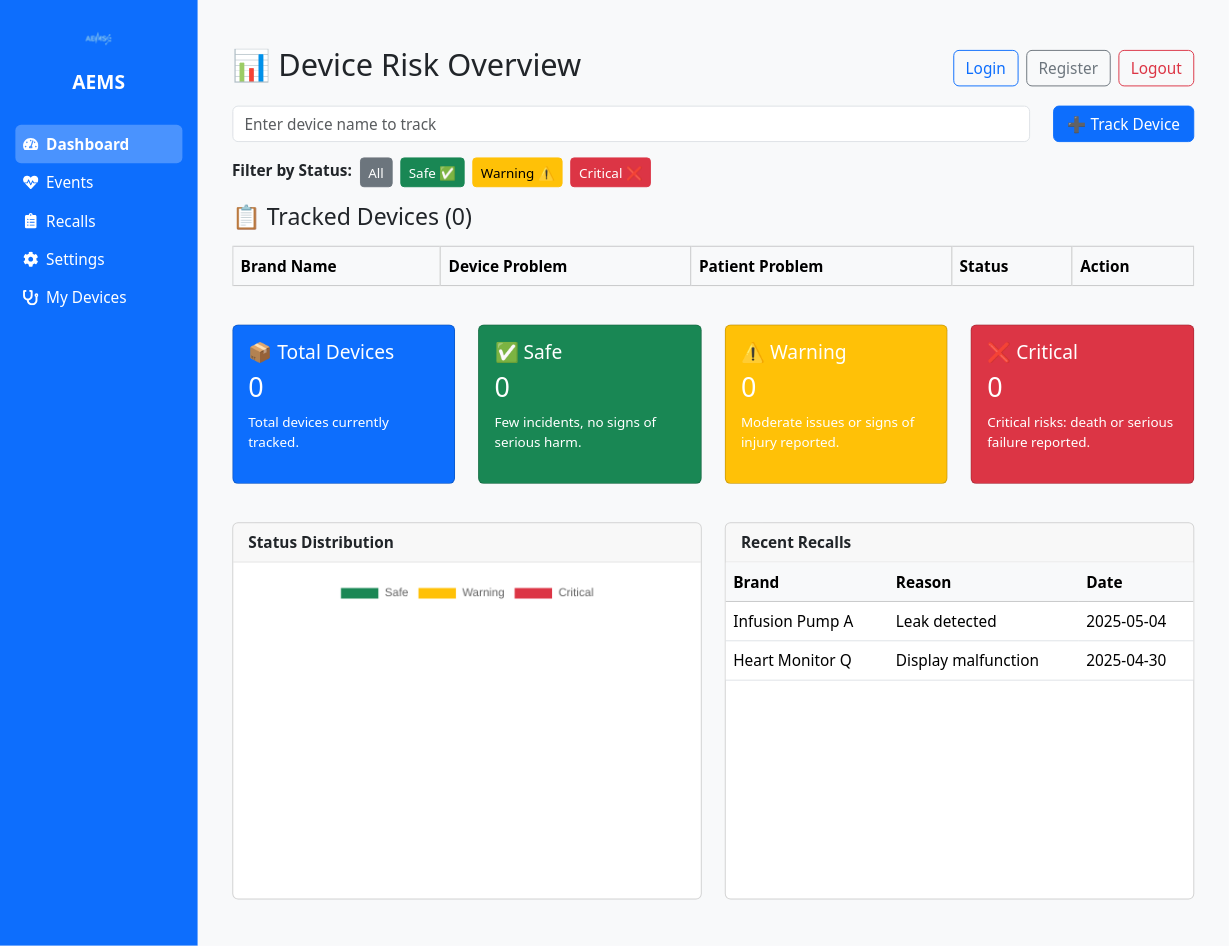
Repository: Sarary2/AEMS_2MVP
Page: / (app in frontend/AEMS/)
The author's editor kept a copy of each file at every save. The page is drawn from the files as they stood at one save, then again after the next save.
The browser window is 1280 px wide. The pictures show the whole page, at 96% of full size.
The page's requests for data from a server got no answer. The project was rebuilt for these pictures with package versions that can differ from the ones it lists, and the page was loaded fresh each time. No one was signed in, and anything a server would have sent is missing. Also part of the build but not shown: frontend/AEMS/vite.config.js, frontend/AEMS/src/components/DeviceRow.jsx, frontend/AEMS/src/pages/Events.jsx, frontend/AEMS/src/firebase.js, frontend/AEMS/src/pages/Login.jsx, frontend/AEMS/src/pages/Register.jsx, frontend/AEMS/src/utils/fetchRecalls.js, frontend/AEMS/src/pages/Recalls.jsx and 2 more.

Above is the page before, as saved 2025-05-06 14:28:13.

After the next save:
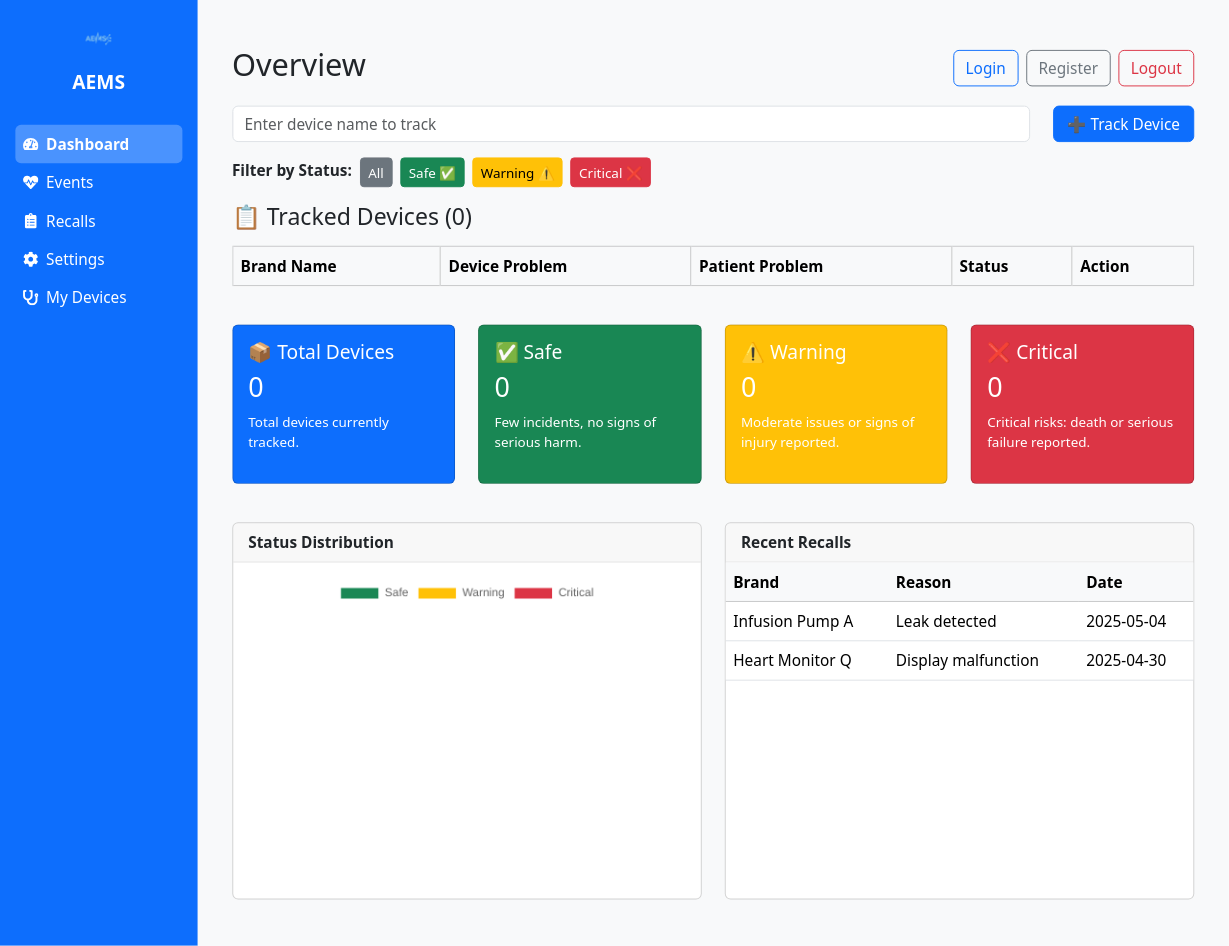
Saved 2 min 57 s later.
--- a/frontend/AEMS/src/pages/Dashboard.jsx
+++ b/frontend/AEMS/src/pages/Dashboard.jsx
@@ -79,7 +79,7 @@ export default function Dashboard() {
     <div className="container-fluid">
       {/* Header */}
       <div className="d-flex justify-content-between align-items-center mt-4 mb-3">
-        <h2>📊 Device Risk Overview</h2>
+        <h2>Overview</h2>
         <div>
           <button className="btn btn-outline-primary me-2" onClick={() => navigate('/login')}>Login</button>
           <button className="btn btn-outline-secondary me-2" onClick={() => navigate('/register')}>Register</button>
